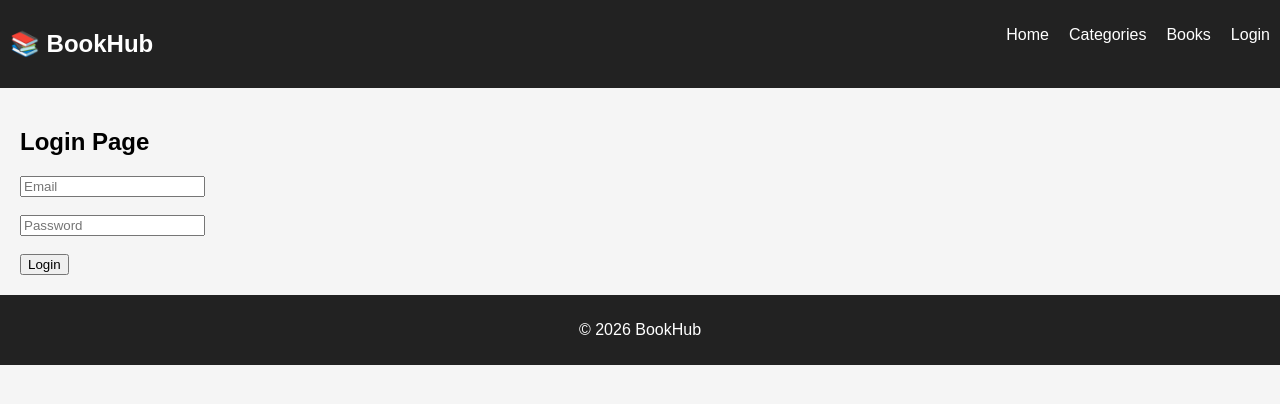
Repository: kparunsagar/Bookhub
Page: http://localhost/login
An editor plug-in stored every save of this project. The page is shown before and after the next save, followed by the edit.
The browser window is 1280 px wide. The pictures show the whole page.
The page is served by the project's application, run on Flask 3 (app.py). Other server files are loaded and not shown.

Above is the page before, as saved 2026-05-04 20:44:08.

### templates/login.html

{% extends "base.html" %}
{% block content %}
<h2>Login Page</h2>
<form>
    <input type="text" placeholder="Email"><br><br>
    <input type="password" placeholder="Password"><br><br>
    <button>Login</button>
</form>
{% endblock %}

### templates/base.html

<!DOCTYPE html>
<html lang="en">
<head>
    <meta charset="UTF-8">
    <title>BookHub</title>
    <link rel="stylesheet" href="{{ url_for('static', filename='css/style.css') }}">
</head>
<body>

<nav>
    <h2>📚 BookHub</h2>
    <ul>
        <li><a href="/">Home</a></li>
        <li><a href="/categories">Categories</a></li>
        <li><a href="/books">Books</a></li>
        <li><a href="/login">Login</a></li>
    </ul>
</nav>

<div class="container">
    {% block content %}{% endblock %}
</div>

<footer>
    <p>© 2026 BookHub</p>
</footer>

</body>
</html>

### app.py

from flask import Flask, render_template
from db import get_connection
from flask import request, redirect

app = Flask(__name__)

@app.route('/')
def home():
    return render_template('home.html')

@app.route('/categories')
def categories():
    conn = get_connection()
    cursor = conn.cursor(dictionary=True)
    cursor.execute("SELECT * FROM categories")
    data = cursor.fetchall()
    return render_template('categories.html', categories=data)

@app.route('/books')
def books():
    conn = get_connection()
    cursor = conn.cursor(dictionary=True)
    cursor.execute("SELECT * FROM books")
    data = cursor.fetchall()
    return render_template('books.html', books=data)

@app.route('/login')
def login():
    return render_template('login.html')

@app.route('/admin')
def admin():
    conn = get_connection()
    cursor = conn.cursor(dictionary=True)

    cursor.execute("SELECT * FROM categories")
    categories = cursor.fetchall()

    return render_template('admin.html', categories=categories)

@app.route('/add-category', methods=['POST'])
def add_category():
    name = request.form['name']

    conn = get_connection()
    cursor = conn.cursor()

    cursor.execute("INSERT INTO categories (name) VALUES (%s)", (name,))
    conn.commit()

    return redirect('/admin')

@app.route('/add-book', methods=['POST'])
def add_book():
    title = request.form['title']
    author = request.form['author']
    category_id = request.form['category_id']
    price = request.form['price']

    conn = get_connection()
    cursor = conn.cursor()

    cursor.execute("""
        INSERT INTO books (title, author, category_id, price)
        VALUES (%s, %s, %s, %s)
    """, (title, author, category_id, price))

    conn.commit()

    return redirect('/admin')

if __name__ == '__main__':
    app.run(debug=True)

### static/css/style.css

body {
    font-family: Arial;
    margin: 0;
    background: #f5f5f5;
}

nav {
    background: #222;
    color: white;
    padding: 10px;
    display: flex;
    justify-content: space-between;
}

nav ul {
    list-style: none;
    display: flex;
    gap: 20px;
}

nav a {
    color: white;
    text-decoration: none;
}

.container {
    padding: 20px;
}

.card {
    background: white;
    padding: 10px;
    margin: 10px;
    border-radius: 5px;
}

footer {
    text-align: center;
    padding: 10px;
    background: #222;
    color: white;
}

After the next save:
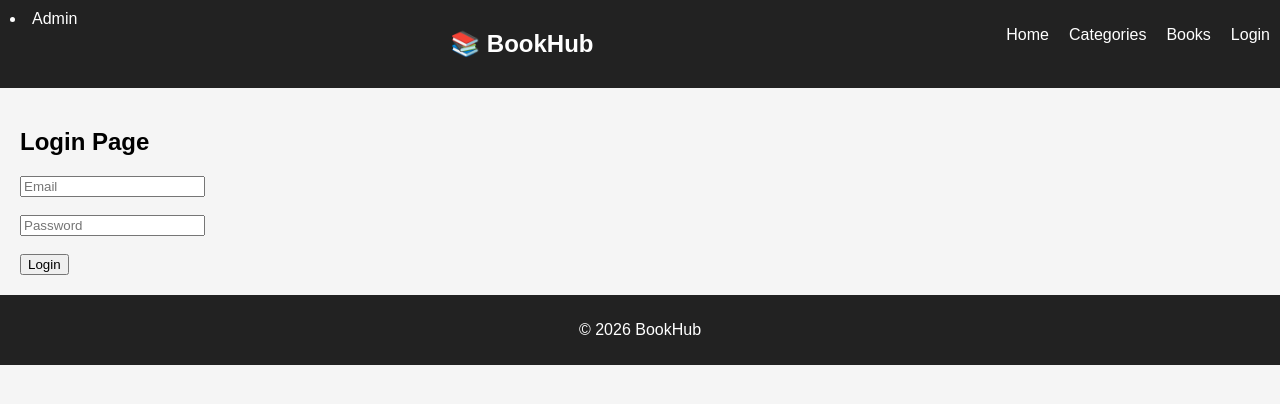
Saved 53 s later.
--- a/templates/base.html
+++ b/templates/base.html
@@ -9,6 +9,7 @@
 <body>
 
 <nav>
+    <li><a href="/admin">Admin</a></li>
     <h2>📚 BookHub</h2>
     <ul>
         <li><a href="/">Home</a></li>
